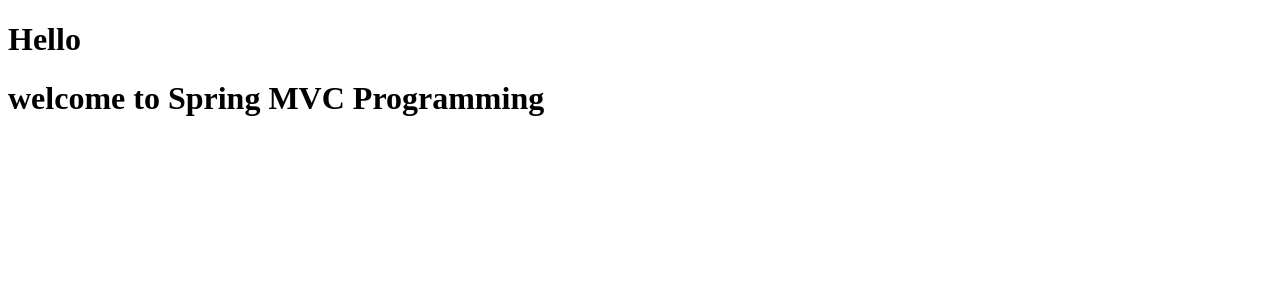
Repository: nksharma514/spring
Page: http://localhost/springmvc/
The author's editor kept a copy of each file at every save. The page is drawn from the files as they stood at one save, then again after the next save.
The browser window is 1280 px wide. The pictures show the whole page.
The page is served by Tomcat 9.

Above is the page before, as saved 2023-08-12 22:31:19.

After the next save:
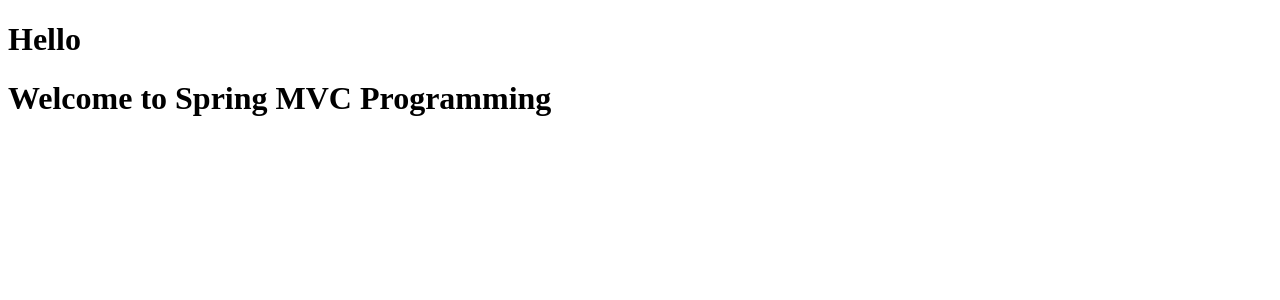
Saved 16 s later.
--- a/springmvc/src/main/webapp/index.jsp
+++ b/springmvc/src/main/webapp/index.jsp
@@ -8,7 +8,7 @@
 </head>
 <body>
 <h1>Hello</h1>
-<h1>welcome to Spring MVC Programming</h1>
+<h1>Welcome to Spring MVC Programming</h1>
 
 </body>
 </html>
